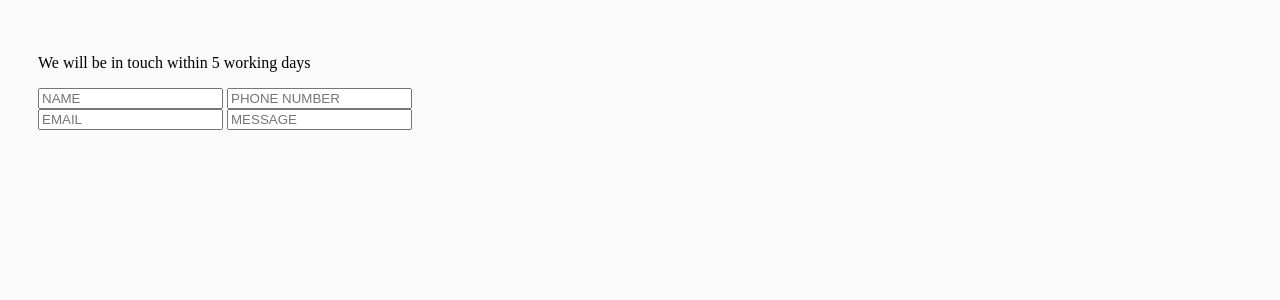
Repository: valenovi76/DeliveryExcellence
Page: text.html
The author's editor kept a record of every edit. The page is drawn from the files as they stood at one moment, then again after the next edit.
The browser window is 1280 px wide. The pictures show the whole page.

Above is the page before.

After the next edit:
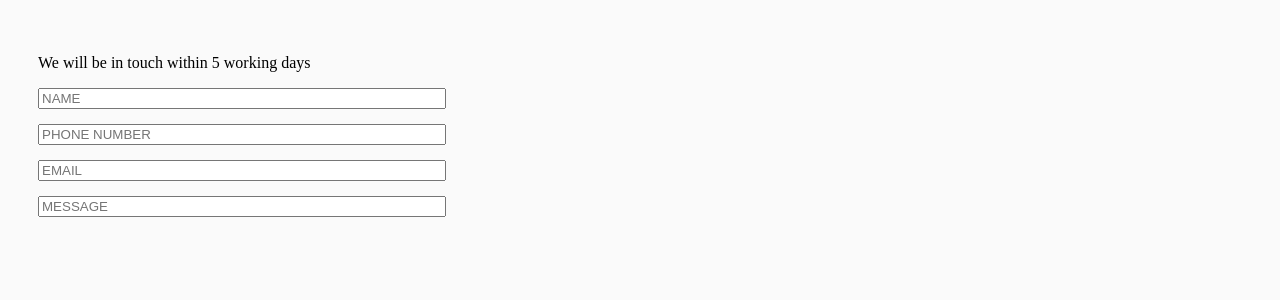
The edit:
--- a/text.html
+++ b/text.html
@@ -10,8 +10,11 @@
             .wrapper{width:400px;
             padding:30px;}
         .wrapper input{
-            text-transform:uppercase;},
-            textarea{width:100%; margin-bottom:15px;padding:5px:}
+            text-transform:uppercase;
+            width:100%; margin-bottom:15px;padding:5px:}
+        .wrapper input [type="name"],
+        .wapper input[type="ph"],
+        .wrapper input[type="email"]
 
     </style>
 </head>

After the 2 edits that followed:
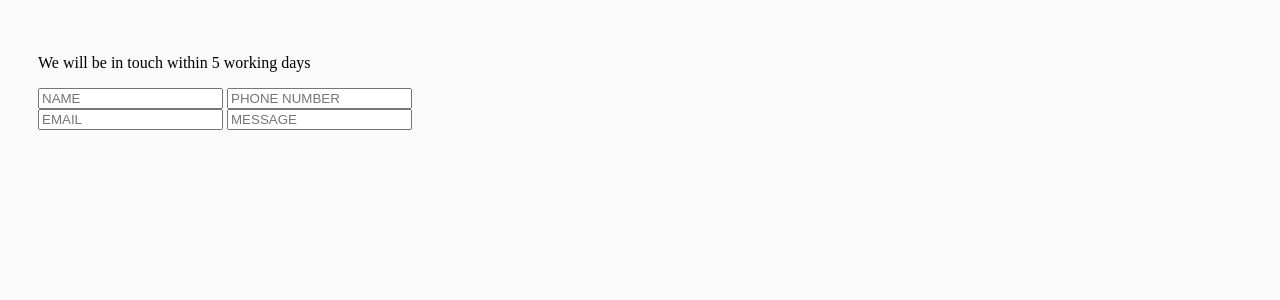
The 2 edits are shown as one change because 1 left the picture as it was.
The edit:
--- a/text.html
+++ b/text.html
@@ -11,7 +11,7 @@
             padding:30px;}
         .wrapper input{
             text-transform:uppercase;
-            width:100%; margin-bottom:15px;padding:5px:}
+            }
         .wrapper input [type="name"],
         .wapper input[type="ph"],
         .wrapper input[type="email"]
@@ -23,9 +23,9 @@
         <p>
            We will be in touch within 5 working days
         </p>
-        <input type="text" name=""/ id="" placeholder="Name">
-        <input type="text" name=""/ id="" placeholder="Phone Number">
-        <input type="text" name=""/ id="" placeholder="Email">
+        <input type="namet" name=""/ id="" placeholder="Name">
+        <input type="ph" name=""/ id="" placeholder="Phone Number">
+        <input type="email" name=""/ id="" placeholder="Email">
         <input type="textarea" name="" id="" cols="30" rows="10" placeholder="Message"/>
 
     </div>
